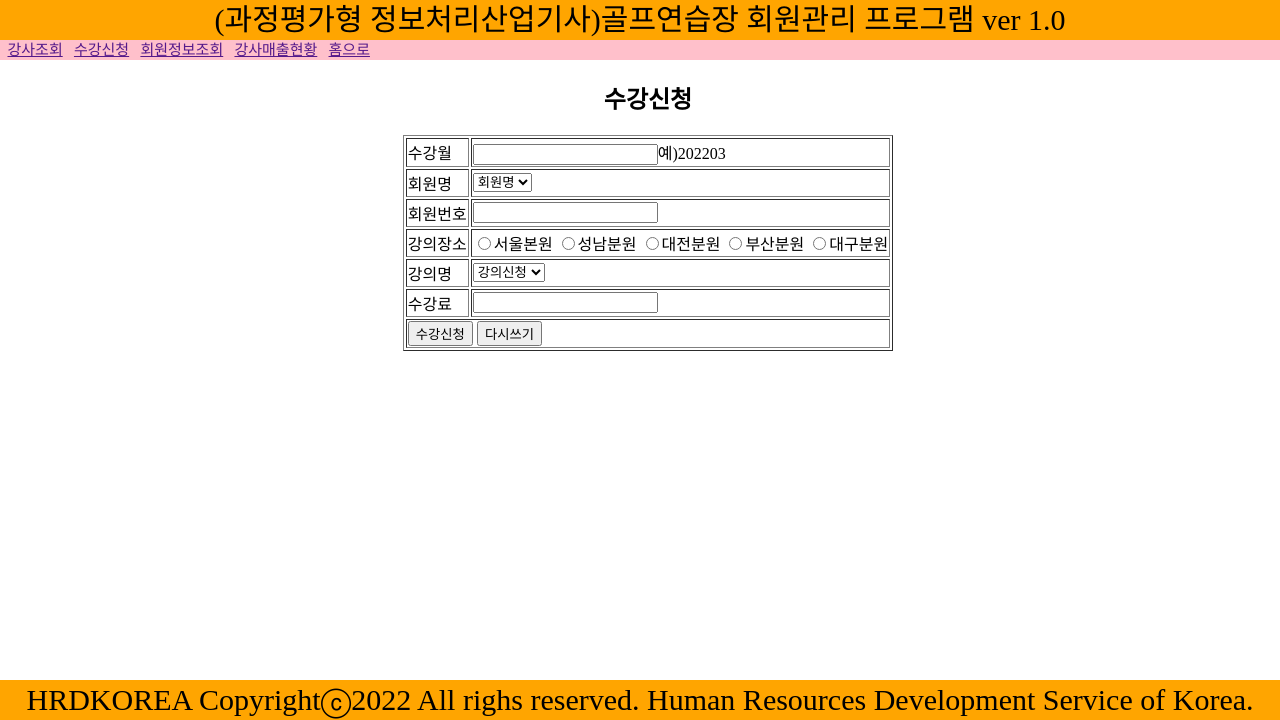
Repository: YeoJeongmo/hrdKorea
Page: http://localhost/HRD_1/insert.jsp
The author's editor kept a copy of each file at every save. The page is drawn from the files as they stood at one save, then again after the next save.
The browser window is 1280 px wide. The pictures show the whole page.
The page is served by Tomcat 9. Other server files are loaded and not shown.

Above is the page before, as saved 2024-09-04 12:34:44.

### cbq_05/workspace/HRD_1/src/main/webapp/insert.jsp
<%@ page language="java" contentType="text/html; charset=UTF-8"
    pageEncoding="UTF-8"%>
<!DOCTYPE html>
<html>
<head>
<meta charset="UTF-8">
<title>Insert title here</title>
</head>
<body>
<script type="text/javascript" src="check.js"></script>
<jsp:include page="header.jsp"></jsp:include>
<section style="position: fixed; top: 60px; width: 100%;">
	<h2 style="text-align: center;">수강신청</h2>
	<form name="frm" style="display: flex; justify-content: center;">
	<table border="1">
		<tr>
			<td> 수강월 </td>
			<td> <input type="text" name="resist_month">예)202203 </td>
		</tr>
		<tr>
			<td> 회원명 </td>
			<td>
				<select name="c_name">
					<option value=""> 회원명 </option>
					<option value="1"> 홍길동 </option>
					<option value="2"> 장발장 </option>
					<option value="3"> 임꺽정 </option>
					<option value="4"> 성춘향 </option>
					<option value="5"> 이몽룡 </option>
				</select>
			</td>
		</tr>
		<tr>
			<td> 회원번호 </td>
			<td> <input type="text" name="c_no"> </td>
		</tr>
		<tr>
			<td> 강의장소 </td>
			<td>
				<input type="radio" name="class_area">서울본원
				<input type="radio" name="class_area">성남분원
				<input type="radio" name="class_area">대전분원
				<input type="radio" name="class_area">부산분원
				<input type="radio" name="class_area">대구분원
			</td>
		</tr>
		<tr>
			<td> 강의명 </td>
			<td>
				<select name="class_name">
					<option value=""> 강의신청 </option>
					<option value="1"> 초급반 </option>
					<option value="2"> 중급반 </option>
					<option value="3"> 고급반 </option>
					<option value="4"> 심화반 </option>
				</select>
			</td>
		</tr>
		<tr>
			<td> 수강료 </td>
			<td> <input type="text" name="class_price"> </td>
		</tr>
		<tr>
			<td colspan="2">
				<input type="button" value="수강신청" onclick="addCheck()">
				<input type="button" value="다시쓰기" onclick="res()">
			</td>
		</tr>
	</table>
	</form>
</section>
<jsp:include page="footer.jsp"></jsp:include>
</body>
</html>

### cbq_05/workspace/HRD_1/src/main/webapp/header.jsp
<%@ page language="java" contentType="text/html; charset=UTF-8"
    pageEncoding="UTF-8"%>
<!DOCTYPE html>
<html>
<head>
<meta charset="UTF-8">
<title>Insert title here</title>
</head>
<body>
<header style="position: fixed; top: 0; left: 0; line-height: 40px; width: 100%; height: 40px; font-size: 30px; text-align: center; background-color: orange; color: black;">(과정평가형 정보처리산업기사)골프연습장 회원관리 프로그램 ver 1.0</header>
<nav  style="position: fixed; top: 40px; left: 0; line-height: 20px; width: 100%; height: 20px; font-size: 15px; background-color: pink; color: black;">
&nbsp;&nbsp;<a href="">강사조회</a>
&nbsp;&nbsp;<a href="">수강신청</a>
&nbsp;&nbsp;<a href="">회원정보조회</a>
&nbsp;&nbsp;<a href="">강사매출현황</a>
&nbsp;&nbsp;<a href="">홈으로</a>
</nav>
</body>
</html>

### cbq_05/workspace/HRD_1/src/main/webapp/footer.jsp
<%@ page language="java" contentType="text/html; charset=UTF-8"
    pageEncoding="UTF-8"%>
<!DOCTYPE html>
<html>
<head>
<meta charset="UTF-8">
<title>Insert title here</title>
</head>
<body>
<footer style="position: fixed; bottom: 0; left: 0; line-height: 40px; width: 100%; height: 40px; font-size: 30px; text-align: center; background-color: orange; color: black;">HRDKOREA Copyrightⓒ2022 All righs reserved. Human Resources Development Service of Korea.</footer>
</body>
</html>

### cbq_05/workspace/HRD_1/src/main/webapp/check.js
function addCheck(){
	if(frm.resist_month.value.length == 0){
		alert("수강월이 입력되지 않았습니다.");
		frm.resist_month.focus();
		return false;
	} else if(frm.c_name.value == 0){
		alert("회원명이 입력되지 않았습니다.");
		frm.c_name.focus();
		return false;
	} else if(frm.class_area[0].checked == false){
		alert("강의장소가 선택되지 않았습니다.");
		frm.class_area[0].focus();
		return false;
	} else if(frm.class_name.value == 0){
		alert("강의명이 선택되지 않았습니다.");
		frm.class_name.focus();
		return false;
	} else {
		alert("수강신청이 정상적으로 완료되었습니다!");
		frm.submit();
		window.location = 'index.jsp';
	}
}
function res(){
	alert("정보를 지우고 처음부터 다시 입력합니다!");
	frm.reset();
}

After the next save:
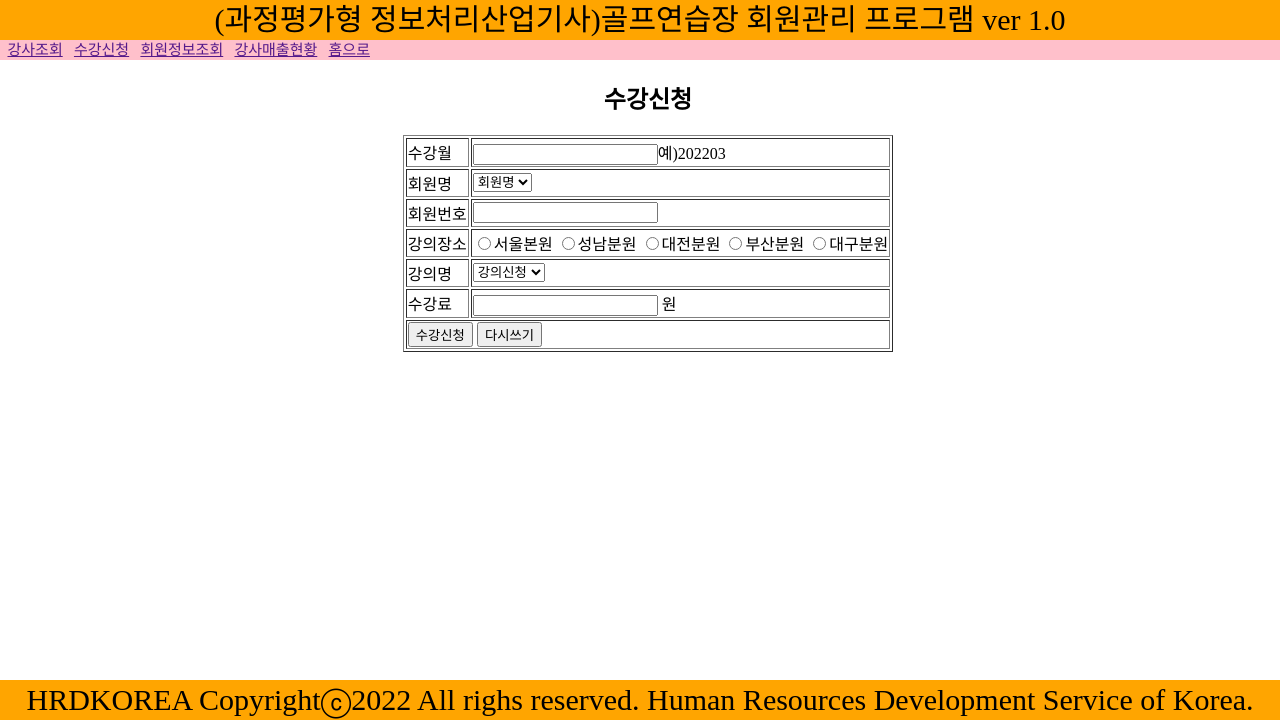
Saved 31 s later.
--- a/cbq_05/workspace/HRD_1/src/main/webapp/insert.jsp
+++ b/cbq_05/workspace/HRD_1/src/main/webapp/insert.jsp
@@ -32,7 +32,7 @@
 		</tr>
 		<tr>
 			<td> 회원번호 </td>
-			<td> <input type="text" name="c_no"> </td>
+			<td> <input type="text" name="c_no" readonly> </td>
 		</tr>
 		<tr>
 			<td> 강의장소 </td>
@@ -58,7 +58,7 @@
 		</tr>
 		<tr>
 			<td> 수강료 </td>
-			<td> <input type="text" name="class_price"> </td>
+			<td> <input type="text" name="class_price" readonly> 원</td>
 		</tr>
 		<tr>
 			<td colspan="2">
